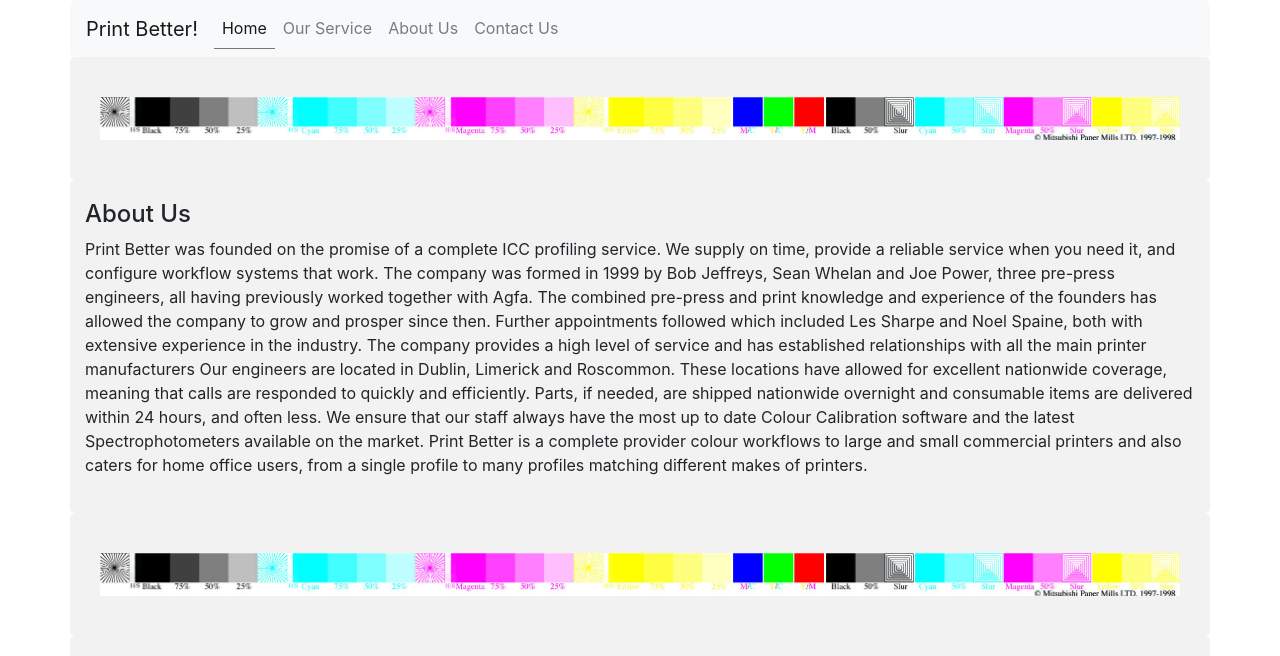
Repository: marks530/first_milestone
Page: about_us.html
The author's editor kept a copy of each file at every save. The page is drawn from the files as they stood at one save, then again after the next save.
The browser window is 1280 px wide. The pictures show the part of the page from y = 0 to 656 px (the page is 1484 px tall before and 1521 px after).
Pictures or frames that could not be fetched are drawn as grey boxes. Some web libraries are served in a nearby version.

Above is the page before, as saved 2021-03-21 21:05:24.

### about_us.html
<!DOCTYPE html>
<html lang="en">

<head>
    <meta charset="UTF-8">
    <meta http-equiv="X-UA-Compatible" content="IE=edge">
    <meta name="viewport" content="width=device-width, initial-scale=1.0">
    <link href="css/style.css" rel="stylesheet" type="text/css" />
    <link rel="stylesheet" href="https://maxcdn.bootstrapcdn.com/bootstrap/4.2.1/css/bootstrap.min.css" type="text/css" />
    <link rel="stylesheet" href="https://maxcdn.bootstrapcdn.com/font-awesome/4.7.0/css/font-awesome.min.css" type="text/css" />
    <link rel="stylesheet" href="https://cdnjs.cloudflare.com/ajax/libs/hover.css/2.1.1/css/hover-min.css" type="text/css" />
    <link href='https://fonts.googleapis.com/css?family=Roboto:100,200,300,400' rel='stylesheet' type='text/css'>
    <title>About Us</title>
</head>

<body>
    <section>
        <nav class="navbar navbar-custom navbar-expand-lg navbar-light bg-light container">
            <a class="navbar-brand" href="#">Print Better!</a>
            <button class="navbar-toggler" type="button" data-toggle="collapse" data-target="#navbarSupportedContent" aria-controls="navbarSupportedContent" aria-expanded="false" aria-label="Toggle navigation">
            <span class="navbar-toggler-icon"></span>
            </button>

            <div class="collapse navbar-collapse" id="navbarSupportedContent">
                <ul class="navbar-nav mr-auto">
                    <li class="nav-item active">
                        <a class="nav-link" href="index.html">Home <span class="sr-only">(current)</span></a>
                    </li>
                    <li class="nav-item">
                        <a class="nav-link" href="service.html">Our Service</a>
                    </li>
                    <li class="nav-item">
                        <a class="nav-link" href="about_us.html">About Us</a>
                    </li>
                    <li class="nav-item">
                        <a class="nav-link" href="contact_us.html">Contact Us</a>
                    </li>
                </ul>

            </div>
        </nav>

        <div class="container" id="space">
            <img src="images/ColorStrip1.jpg" alt="colorbars" class=container>
        </div>
        <div class="container">
            <h4>About Us</h4>
            <p>Print Better was founded on the promise of a complete ICC profiling service. We supply on time, provide a reliable service when you need it, and configure workflow systems that work. The company was formed in 1999 by Bob Jeffreys, Sean Whelan
                and Joe Power, three pre-press engineers, all having previously worked together with Agfa. The combined pre-press and print knowledge and experience of the founders has allowed the company to grow and prosper since then. Further appointments
                followed which included Les Sharpe and Noel Spaine, both with extensive experience in the industry. The company provides a high level of service and has established relationships with all the main printer manufacturers Our engineers are
                located in Dublin, Limerick and Roscommon. These locations have allowed for excellent nationwide coverage, meaning that calls are responded to quickly and efficiently. Parts, if needed, are shipped nationwide overnight and consumable items
                are delivered within 24 hours, and often less. We ensure that our staff always have the most up to date Colour Calibration software and the latest Spectrophotometers available on the market. Print Better is a complete provider colour workflows
                to large and small commercial printers and also caters for home office users, from a single profile to many profiles matching different makes of printers.
            </p>
        </div>
        <div class="container">
            <img src="images/ColorStrip1.jpg" alt="colorbars" class=container>
        </div>

    </section>
    <section>
        <div class="container">

            <div class="embed-responsive embed-responsive-16by9">
                <iframe width="320" height="240" src="https://www.youtube.com/embed/zH_a8s-oCn4" frameborder="0" allow="accelerometer; autoplay; clipboard-write; encrypted-media; gyroscope; picture-in-picture" allowfullscreen></iframe>
            </div>

            Your browser does not support the video tag.

        </div>

    </section>

    <footer class="container-fluid">
        <div id="footer-details" class="row">
            <div class="col-sm-4">
                <h5 class="uppercase general-sub">About Us</h5>
                <p class="inline-block">
                    We are committed to helping you get the best quality images possible from your home office or business printer
                </p>
            </div>
            <div class="col-sm-4">
                <h5 class="uppercase general-sub">More Info</h5>
                <p class="inline-block">
                    Send us details of your type of printer
                </p>
            </div>
            <div class="col-sm-4">
                <h5 class="uppercase general-sub">Social</h5>
                <ul class="list-inline social-links">
                    <li class="list-inline-item">
                        <a target="_blank" href="#">
                            <i class="fa fa-facebook" aria-hidden="true"></i>
                            <span class="sr-only">Facebook</span>
                        </a>
                    </li>
                    <li class="list-inline-item">
                        <a target="_blank" href="#">
                            <i class="fa fa-twitter" aria-hidden="true"></i>
                            <span class="sr-only">Twitter</span>
                        </a>
                    </li>
                    <li class="list-inline-item">
                        <a target="_blank" href="#">
                            <i class="fa fa-linkedin" aria-hidden="true"></i>
                            <span class="sr-only">LinkedIn</span>
                        </a>
                    </li>
                    <li class="list-inline-item">
                        <a target="_blank" href="#">
                            <i class="fa fa-pinterest" aria-hidden="true"></i>
                            <span class="sr-only">Pinterest</span>
                        </a>
                    </li>
                    <li class="list-inline-item">
                        <a target="_blank" href="#">
                            <i class="fa fa-instagram" aria-hidden="true"></i>
                            <span class="sr-only">Instagram</span>
                        </a>
                    </li>
                    <li class="list-inline-item">
                        <a target="_blank" href="#">
                            <i class="fa fa-youtube" aria-hidden="true"></i>
                            <span class="sr-only">YouTube</span>
                        </a>
                    </li>
                </ul>
            </div>
        </div>
    </footer>
    <script src="https://cdnjs.cloudflare.com/ajax/libs/popper.js/1.12.9/umd/popper.min.js" integrity="sha384-ApNbgh9B+Y1QKtv3Rn7W3mgPxhU9K/ScQsAP7hUibX39j7fakFPskvXusvfa0b4Q" crossorigin="anonymous"></script>
    <script src="https://code.jquery.com/jquery-3.2.1.slim.min.js" integrity="sha384-KJ3o2DKtIkvYIK3UENzmM7KCkRr/rE9/Qpg6aAZGJwFDMVNA/GpGFF93hXpG5KkN" crossorigin="anonymous"></script>
    <script src="https://maxcdn.bootstrapcdn.com/bootstrap/4.0.0/js/bootstrap.min.js" integrity="sha384-JZR6Spejh4U02d8jOt6vLEHfe/JQGiRRSQQxSfFWpi1MquVdAyjUar5+76PVCmYl" crossorigin="anonymous"></script>
</body>

</html>

### css/style.css
@import url('https://fonts.googleapis.com/css?family=Roboto:100,200,300,400,500,600,700|Exo:100,200,300,400,500,600,700');
body {
    font-family: Roboto;
    color: #777777
}

h2 {
    font-family: Roboto;
    text-transform: uppercase;
    letter-spacing: 8px;
    color: #555555
}

#logo {
    float: left;
    font-size: 280%;
    margin-left: 120px;
}

#menu {
    font-size: 140%;
    list-style-type: none;
    letter-spacing: 1px;
    margin-right: 120px;
}

#menu {
    line-height: 75px;
}

#menu li {
    float: right;
    margin-right: 20px;
}

#menu a {
    text-decoration: none;
    color: inherit;
}

#menu a:hover {
    border-bottom: 1px solid #777777;
}

.active {
    border-bottom: 1px solid #777777;
}

.center {
    display: block;
    margin-left: auto;
    margin-right: auto;
    width: 65%;
    height: auto;
}

.old-new {
    max-width: 100%;
    height: auto;
    object-fit: contain;
}

#move-image-down {
    margin-top: 30px;
}

.jumbotron {
    padding-left: 20px;
    padding-right: 20px;
}


/*---------------Special paddings/margins/text */

h1,
h2,
h3,
h4 {
    margin: 0;
}

.uppercase {
    text-transform: uppercase;
}

.general-sub {
    font-family: "Exo", sans serif;
    font-weight: 300;
    color: #fafafa;
}

.shift {
    margin-top: 20px;
}


/*----------------------------------Footer */

footer {
    background-color: #525252;
    color: #fafafa;
    min-height: 120px;
    margin: 0;
}

.inline-block {
    display: inline-block;
}

.social-links {
    padding-bottom: 15px;
}

.social-links li a i {
    width: 32px;
    height: 32px;
    padding: 12px 0;
    border-radius: 50%;
    font-size: 13px;
    line-height: 7px;
    text-align: center;
    color: #fafafa;
    background: #8f8f8f;
    transition: all 0.35s ease-in-out;
    -moz-transition: all 0.35s ease-in-out;
    -webkit-transition: all 0.35s ease-in-out;
    -o-transition: all 0.35s ease-in-out;
}

.social-links li a i:hover {
    background: #e84610;
}

#footer-details {
    padding: 20px;
}


/*----------------------------------Test for text in a box */

.container {
    position: relative;
    width: 50%;
}

.image {
    opacity: 1;
    display: block;
    width: 100%;
    height: auto;
    transition: .5s ease;
    backface-visibility: hidden;
}

.middle {
    transition: .5s ease;
    opacity: 0;
    position: absolute;
    top: 50%;
    left: 50%;
    transform: translate(-50%, -50%);
    -ms-transform: translate(-50%, -50%);
    text-align: center;
}

.container:hover .image {
    opacity: 0.3;
}

.container:hover .middle {
    opacity: 1;
}

.text {
    background-color: #4CAF50;
    color: white;
    font-size: 16px;
    padding: 16px 32px;
}

.space {
    margin-top: 15px;
    margin-bottom: 15px;
}


/*----------------------------------Logo gentle zoom effect on hover */

.zoom {
    padding: 10px;
    background-color: white;
    transition: transform .8s;
    /* Animation */
    width: auto;
    height: auto;
    margin: 0 auto;
}

.zoom:hover {
    transform: scale(1.05);
    /* (150% zoom - Note: if the zoom is too large, it will go outside of the viewport) */
}


/*----------------------------------Contact Form styling*/

* {
    box-sizing: border-box;
}

input[type=text],
select,
textarea {
    width: 100%;
    padding: 12px;
    border: 1px solid #ccc;
    border-radius: 4px;
    box-sizing: border-box;
    margin-top: 6px;
    margin-bottom: 16px;
    resize: vertical;
}

input[type=submit] {
    background-color: #4CAF50;
    color: white;
    padding: 12px 20px;
    border: none;
    border-radius: 4px;
    cursor: pointer;
}

input[type=submit]:hover {
    background-color: #45a049;
}

.container {
    border-radius: 5px;
    background-color: #f2f2f2;
    padding: 20px;
}

#circle-container {
    width: 300px;
    height: 300px;
    padding: 30px;
    border-style: solid;
    border-color: #cccccc;
    border-width: 1px;
    border-radius: 50%;
    margin: 0 auto;
}

.contact {
    margin-top: 15px;
}

After the next save:
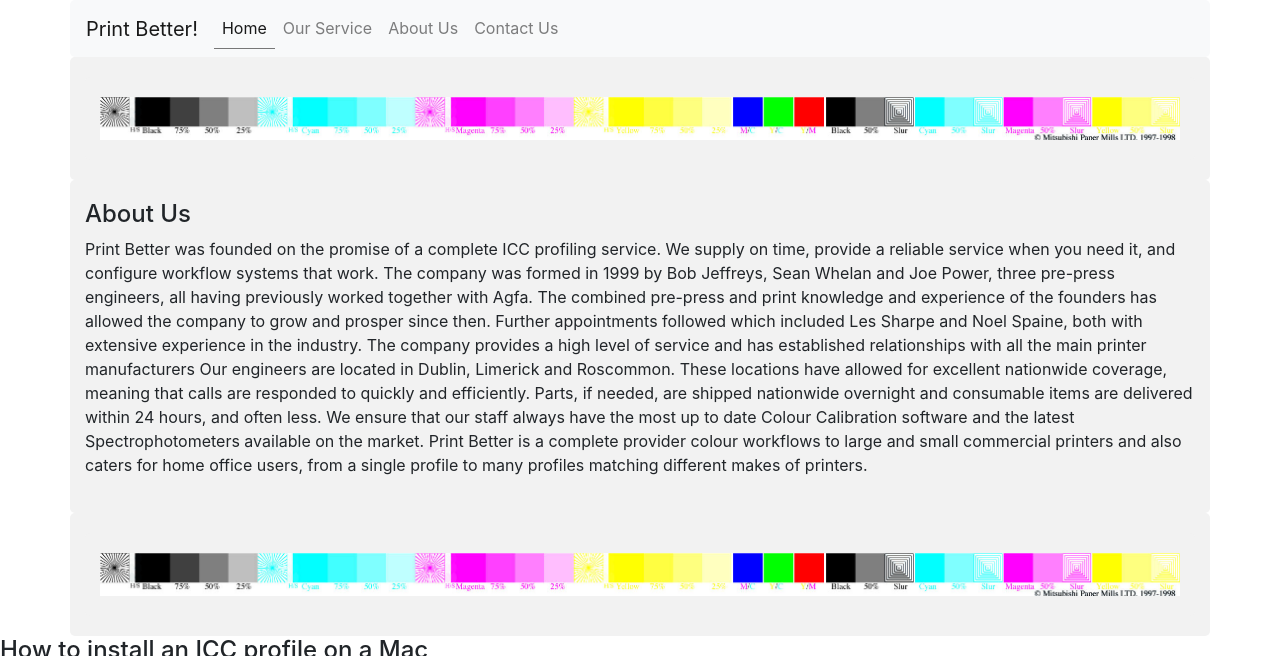
Saved 3 min 58 s later.
--- a/about_us.html
+++ b/about_us.html
@@ -59,6 +59,7 @@
 
     </section>
     <section>
+        <h4>How to install an ICC profile on a Mac</h4>
         <div class="container">
 
             <div class="embed-responsive embed-responsive-16by9">
